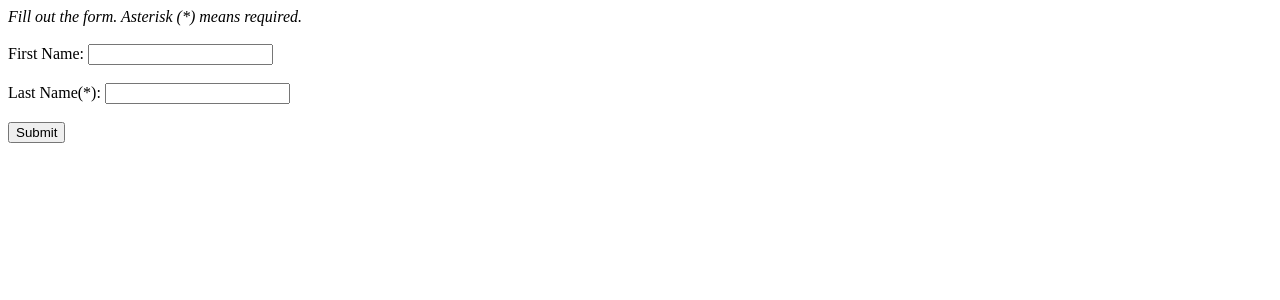
Repository: FehmiCitiloglu/spring-udemy-course
Page: http://localhost/spring-mvc-demo/customer/showForm
The author's editor kept a copy of each file at every save. The page is drawn from the files as they stood at one save, then again after the next save.
The browser window is 1280 px wide. The pictures show the whole page.
The page is served by Tomcat 9. Other server files are loaded and not shown.

Above is the page before, as saved 2022-05-22 18:59:35.

### spring-mvc-demo/WebContent/WEB-INF/view/customer-form.jsp
<%@ taglib prefix="form" uri="http://www.springframework.org/tags/form" %>

<!DOCTYPE html>

<html>
	<head>
		<title>Customer Registration Form</title>
		<style>
			.error {
				color: red
			}
		</style>
	</head>

	<body>
	<i>Fill out the form. Asterisk (*) means required.</i>
	<br>
	<br>
		<form:form action="processForm" modelAttribute="customer">
			First Name: <form:input path="firstName" />
			<br>
			<br>

			Last Name(*): <form:input path="lastName" />

			<form:errors path="lastName" cssClass="error" />
			<br>
			<br>
			<input type="submit" value="Submit" />

		</form:form>

	</body>

</html>

After the next save:
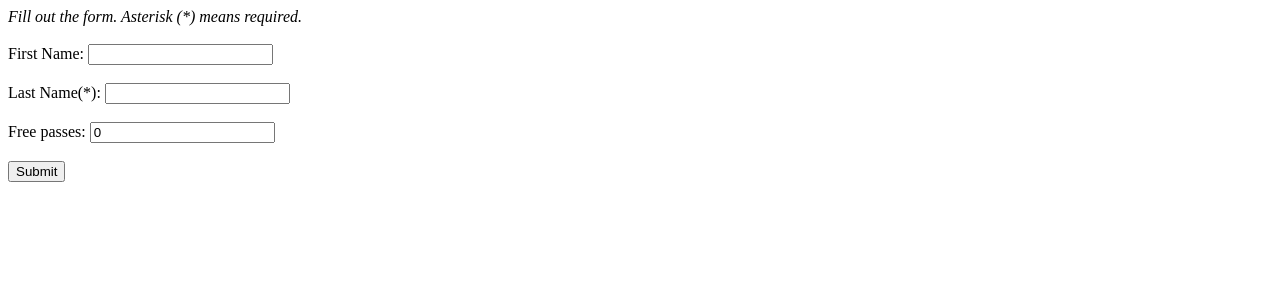
Saved 11 min 19 s later.
--- a/spring-mvc-demo/WebContent/WEB-INF/view/customer-form.jsp
+++ b/spring-mvc-demo/WebContent/WEB-INF/view/customer-form.jsp
@@ -26,6 +26,10 @@
 			<form:errors path="lastName" cssClass="error" />
 			<br>
 			<br>
+			Free passes: <form:input path="freePasses" />
+			<form:errors path="freePasses" cssClass="error" />
+				<br>
+			<br>
 			<input type="submit" value="Submit" />
 
 		</form:form>
